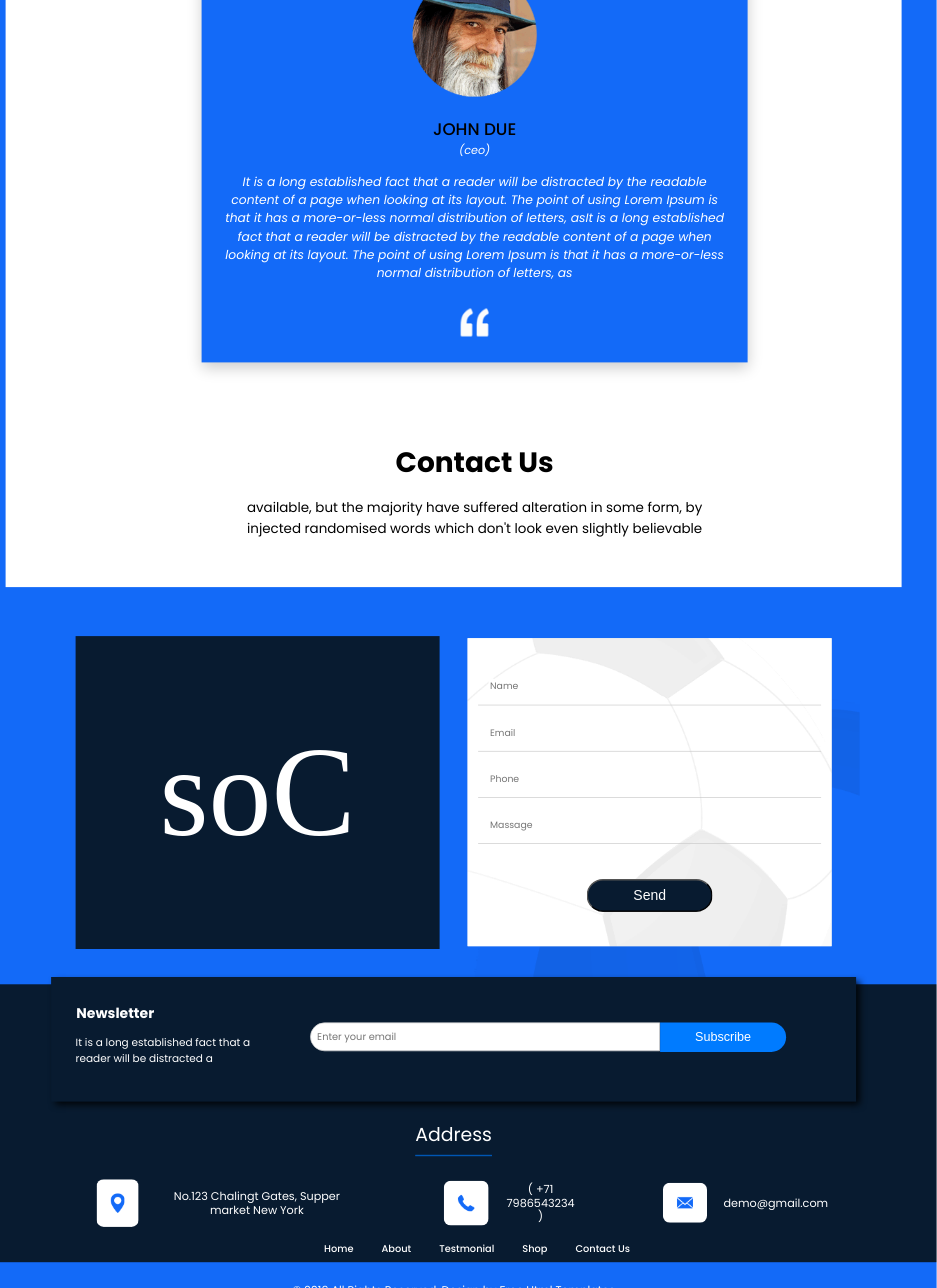
Repository: Vinicius9922/Projeto-Web
Page: index.html
An editor plug-in stored every save of this project. The page is shown before and after a run of saves, followed by the edit.
The browser window is 1280 px wide. The page is 1338 px wide, so the pictures cover 1338 px, including what lies to the right of the window. The pictures show the part of the page from y = 3054 to 4894 px (the page is 4956 px tall before and 4867 px after), at 70% of full size.

Above is the page before, as saved 2024-12-14 13:18:36.

After the next 2 saves:
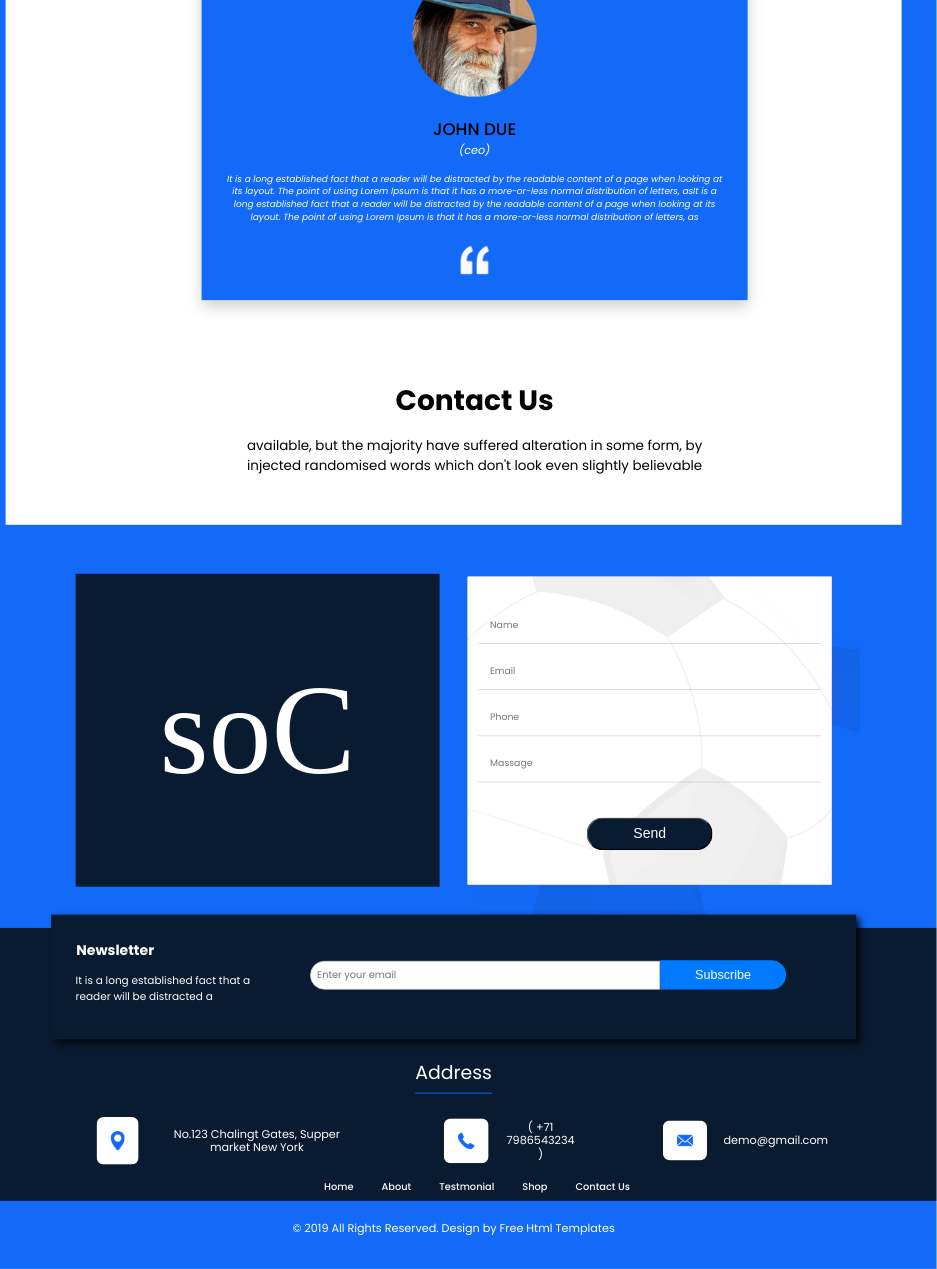
The 2 saves are shown as one change because they came seconds apart.
The last was saved 13 s later.
--- a/index.css
+++ b/index.css
@@ -317,7 +317,7 @@
 }
 
 .texto-generico {
-    font-size: 1.1em;
+    font-size: 0.8em;
     color: #fff;
     text-align: center;
     font-style: italic;
